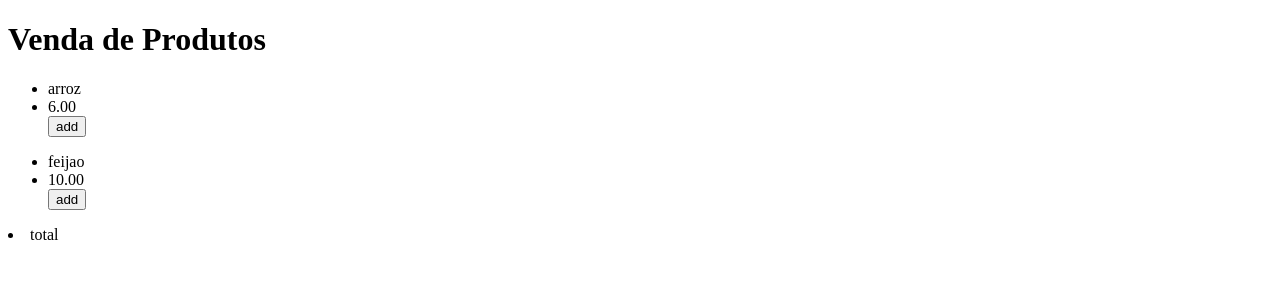
Repository: joaobatistafrontend/test-venda
Page: http://localhost/
An editor plug-in stored every save of this project. The page is shown before and after a run of saves, followed by the edit.
The browser window is 1280 px wide. The pictures show the whole page.
The page is served by the project's application, run on Django 4.2 (manage.py). The page reads the database file committed with the project.

Above is the page before, as saved 2024-09-23 00:39:11.

After the next 5 saves:
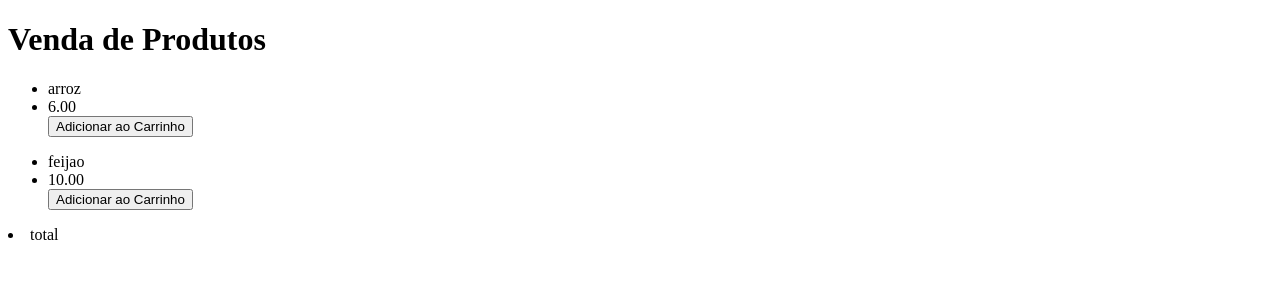
The 5 saves are shown as one change because 4 did not build or start.
The last was saved 3 min 26 s later.
--- a/templates/venda.html
+++ b/templates/venda.html
@@ -14,11 +14,10 @@
             <li>{{ p.nome }}</li>
             <li>{{ p.valor }}</li>
 
-            <form action="{% url 'adicionar_ao_carrinho' p.id %}" method="post" style="display: inline;" class="add-to-cart-form" id="form-{{ produto.id }}">
+            <form action="{% url 'venda' %}" method="post">
                 {% csrf_token %}
-                <button type="submit" class="btn-default add-to-cart-btn">
-                    add
-                </button>
+                <input type="hidden" name="produto_id" value="{{ prod.id }}">
+                <button class="btn btn-primary" type="submit" name="adicionar_produto">Adicionar ao Carrinho</button>
 
             </form>
         </ul>
